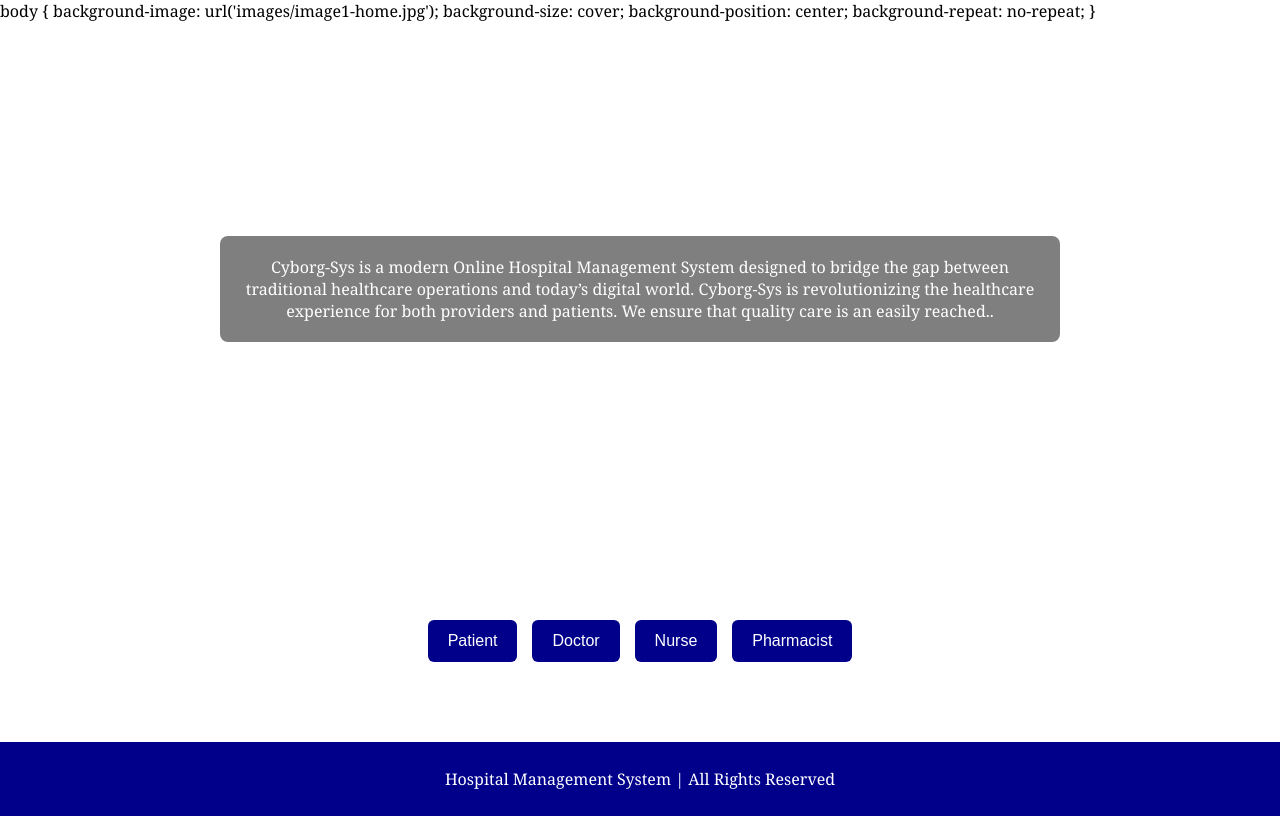
Repository: BinuriJ/HospitalSystem
Page: http://localhost/CyborgSys/home.jsp
An editor plug-in stored every save of this project. The page is shown before and after the next save, followed by the edit.
The browser window is 1280 px wide. The pictures show the whole page.
The page is served by Tomcat 9.

Above is the page before, as saved 2025-05-10 02:13:55.

### CyborgSys/WebContent/home.jsp
<%@ page language="java" contentType="text/html; charset=UTF-8"
    pageEncoding="UTF-8"%>
<%@ include file="homeCss.jsp" %>
<!DOCTYPE html>
<html>
<head>
    <meta charset="UTF-8">
    <title>Home - CyborgSys</title>
    <style>
    	<jsp:include page="footerCss.jsp" />

    	body {
		    background-image: url('images/image1-home.jpg');
		    background-size: cover;
		    background-position: center;
		    background-repeat: no-repeat;
		}
    </style>

</head>
<body>

<div class="main-container">
    <header>
        <h1>CyborgSys</h1>
        <h3>making it easy to heal yourself.</h3>
        <p>
            Cyborg-Sys is a modern Online Hospital Management System designed to bridge the gap between traditional
            healthcare operations and today’s digital world. Cyborg-Sys is revolutionizing the healthcare experience
            for both providers and patients. We ensure that quality care is an easily reached..
        </p>
    </header>

    <div class="button-container">
        <button class="role-btn">Patient</button>
        <button class="role-btn">Doctor</button>
        <button class="role-btn">Nurse</button>
        <button class="role-btn">Pharmacist</button>
    </div>

</div>


    <jsp:include page="footer.jsp" />

</body>
</html>

### CyborgSys/WebContent/homeCss.jsp
<style>
body, html {
    margin: 0;
    padding: 0;
    font-family: Cambria, sans-serif;
    height: 100%;
}

.main-container {
    background-attachment: fixed;
    min-height: 100vh;
    display: flex;
    flex-direction: column;
    justify-content: space-between;
    color: white;
    text-align: center;
    padding: 40px 20px 80px;
    box-sizing: border-box;
}

header h1 {
    font-size: 48px;
    margin-bottom: 10px;
}

header h3 {
    font-size: 24px;
    margin-bottom: 20px;
}

header p {
    font-size: 16px;
    max-width: 800px;
    margin: 0 auto;
    background-color: rgba(0, 0, 0, 0.5);
    padding: 20px;
    border-radius: 8px;
}

.button-container {
    display: flex;
    justify-content: center;
    gap: 15px;
    margin-top: 30px;
    flex-wrap: wrap;
}

.role-btn {
    background-color: darkblue;
    color: white;
    border: none;
    padding: 12px 20px;
    font-size: 16px;
    border-radius: 6px;
    cursor: pointer;
    transition: background-color 0.3s;
}

.role-btn:hover {
    background-color: slategrey;
}

</style>

### CyborgSys/WebContent/footerCss.jsp
<style>

html, body {
    height: 100%; /* Make the html and body take full height of the viewport */
}

body {
    display: flex;
    flex-direction: column; /* Use flexbox to arrange content vertically */
    min-height: 100vh; /* Make body take the full height of the viewport */
}

.container {
    flex: 1; /* Let the main content expand to fill the available space */
}

footer {
    background-color: darkblue; /* Dark background for the footer */
    color: white; /* White text */
    padding: 10px 0; /* Padding for the footer */
    text-align: center; /* Center the footer text */
}

</style>

### CyborgSys/WebContent/footer.jsp
<!-- footer.jsp -->
<footer class="bg-dark text-light py-3">
    <div class="container text-center">
        <p>Hospital Management System | All Rights Reserved</p>
    </div>
</footer>

After the next save:
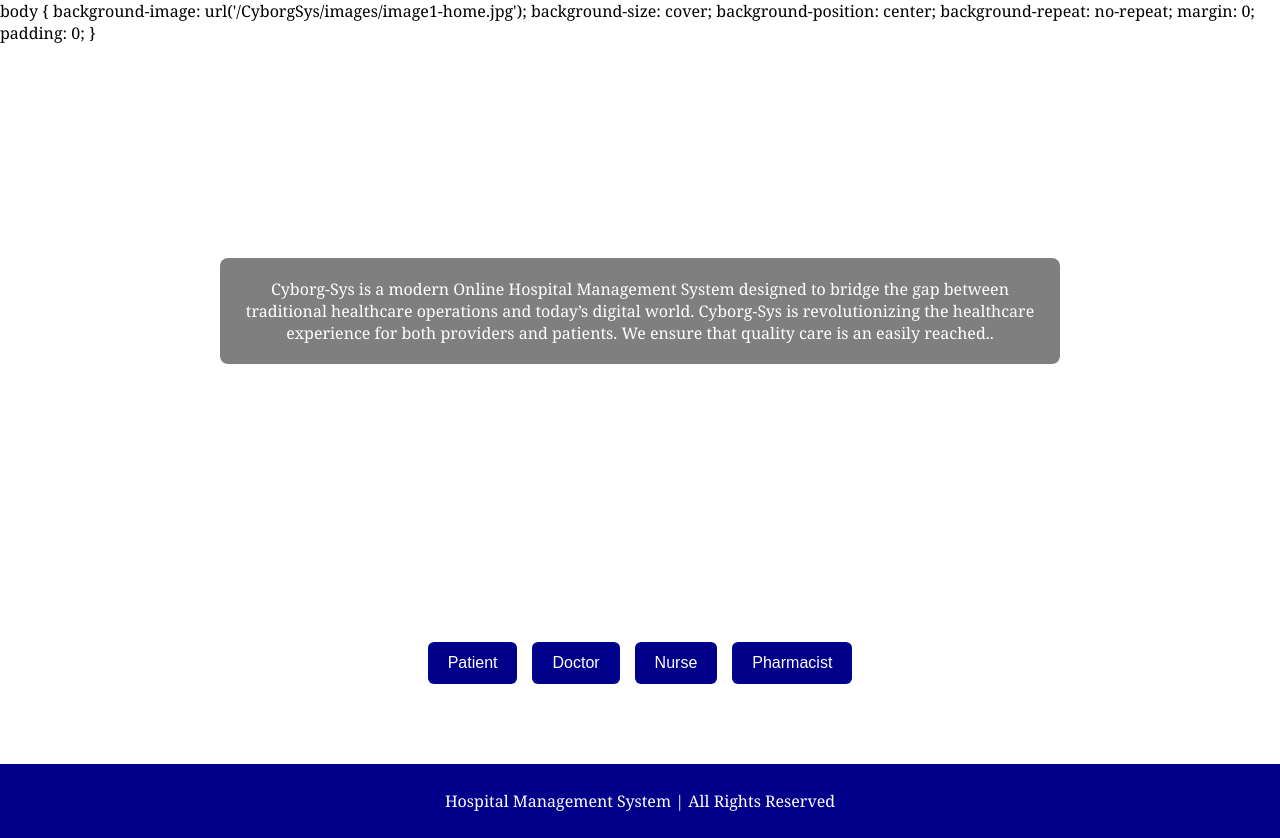
Saved 3 min 39 s later.
--- a/CyborgSys/WebContent/home.jsp
+++ b/CyborgSys/WebContent/home.jsp
@@ -10,10 +10,12 @@
     	<jsp:include page="footerCss.jsp" />
 
     	body {
-		    background-image: url('images/image1-home.jpg');
+		    background-image: url('<%= request.getContextPath() %>/images/image1-home.jpg');
 		    background-size: cover;
 		    background-position: center;
 		    background-repeat: no-repeat;
+		    margin: 0;
+		    padding: 0;
 		}
     </style>
 
